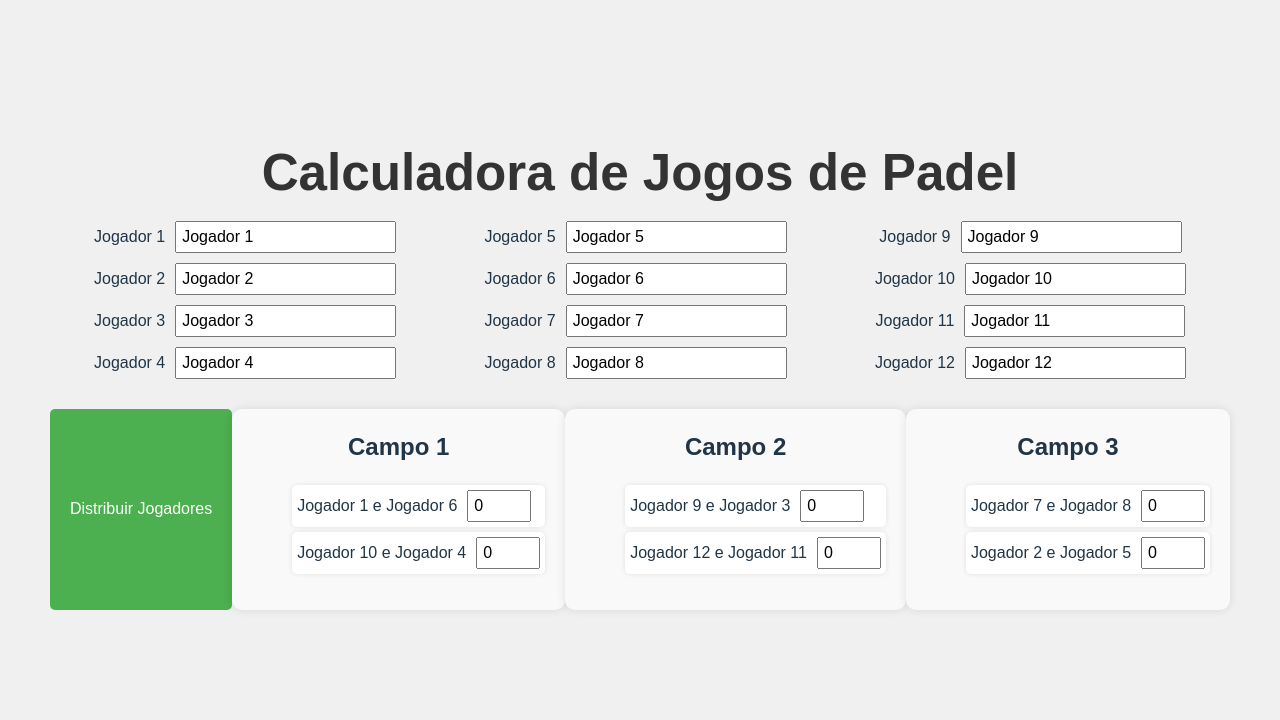
Repository: MarcioMiguel22/PadelMaster
Page: /calculadora, after clicking the first element matching `button.distribute-button`
These files come from the project's save history. The page is drawn as it stood at one moment and after the next save; the edit follows.
The browser window is 1280 px wide. The pictures show the whole page.
The project was rebuilt for these pictures with package versions that can differ from the ones it lists, and the page was loaded fresh each time. Also part of the build but not shown: vite.config.ts, src/pages/Home/Home.tsx.

Above is the page before, as saved 2024-06-13 12:40:46.

### src/main.tsx
///home/marciomiguel/code/MarcioMiguel22/Sites/PadelMaster/src/main.tsx
import { render } from 'react-dom';
import { StrictMode } from 'react';
import App from './App';
import './index.css';

const root = document.getElementById('root')!;
render(
  <StrictMode>
    <App />
  </StrictMode>,
  root
);

### src/App.tsx

///home/marciomiguel/code/MarcioMiguel22/Sites/PadelMaster/src/App.tsx

import { BrowserRouter as Router, Routes, Route } from 'react-router-dom';
import Home from './pages/Home/Home';
import Calculadora from './pages/Services/Calculadora';




function App() {
  return (
    <Router>
      <Routes>
        <Route path="/" element={<Home />} />
        <Route path="/calculadora" element={<Calculadora />} /> // Wrap Calculadora component with curly braces
      </Routes>
    </Router>
  );
}

export default App

### src/pages/Services/Calculadora.tsx
import React, { useState } from 'react';
import './Calculadora.css';

type Jogador = {
  id: number;
  nome: string;
};

type Time = {
  jogadores: Jogador[];
  resultado: number;
};

type Campo = {
  id: number;
  times: Time[];
};

const jogadoresIniciais: Jogador[] = Array.from({ length: 12 }, (_, i) => ({
  id: i + 1,
  nome: `Jogador ${i + 1}`,
}));

const embaralharArray = <T,>(array: T[]): T[] => {
  const copiaArray = [...array];
  for (let i = copiaArray.length - 1; i > 0; i--) {
    const j = Math.floor(Math.random() * (i + 1));
    [copiaArray[i], copiaArray[j]] = [copiaArray[j], copiaArray[i]];
  }
  return copiaArray;
};

const criarTimes = (jogadores: Jogador[]): Time[] => {
  const jogadoresEmbaralhados = embaralharArray(jogadores);
  const times: Time[] = [];
  for (let i = 0; i < jogadoresEmbaralhados.length; i += 2) {
    times.push({ jogadores: jogadoresEmbaralhados.slice(i, i + 2), resultado: 0 });
  }
  return times;
};

const CalculadoraApp: React.FC = () => {
  const [jogadores, setJogadores] = useState<Jogador[]>(jogadoresIniciais);
  const [campos, setCampos] = useState<Campo[]>([
    { id: 1, times: [] },
    { id: 2, times: [] },
    { id: 3, times: [] },
  ]);
  const [jogoDois, setJogoDois] = useState<boolean>(false);

  const handleNomeChange = (id: number, novoNome: string) => {
    setJogadores(jogadores.map(jogador =>
      jogador.id === id ? { ...jogador, nome: novoNome } : jogador
    ));
  };

  const handleResultadoChange = (campoId: number, timeIndex: number, novoResultado: number) => {
    setCampos(campos.map(campo =>
      campo.id === campoId
        ? {
            ...campo,
            times: campo.times.map((time, index) =>
              index === timeIndex ? { ...time, resultado: novoResultado } : time
            ),
          }
        : campo
    ));
  };

  const distribuirJogadores = () => {
    const times = criarTimes(jogadores);
    const novosCampos: Campo[] = campos.map((campo, index) => ({
      ...campo,
      times: times.slice(index * 2, index * 2 + 2),
    }));
    setCampos(novosCampos);
  };

  const iniciarJogoDois = () => {
    setJogoDois(true);

    // Movimentação dos jogadores baseada nos resultados dos jogos anteriores
    const novosCampos: Campo[] = [
      { id: 1, times: [] },
      { id: 2, times: [] },
      { id: 3, times: [] },
    ];

    campos.forEach(campo => {
      if (campo.times.length === 2) {
        const [time1, time2] = campo.times;
        const vencedores = time1.resultado > time2.resultado ? time1.jogadores : time2.jogadores;
        const perdedores = time1.resultado > time2.resultado ? time2.jogadores : time1.jogadores;

        if (campo.id === 1) {
          novosCampos[0].times.push({ jogadores: vencedores, resultado: 0 });
          novosCampos[0].times.push({ jogadores: perdedores, resultado: 0 });
        } else if (campo.id === 2) {
          novosCampos[0].times.push({ jogadores: vencedores, resultado: 0 });
          novosCampos[1].times.push({ jogadores: perdedores, resultado: 0 });
        } else if (campo.id === 3) {
          novosCampos[1].times.push({ jogadores: vencedores, resultado: 0 });
          novosCampos[2].times.push({ jogadores: perdedores, resultado: 0 });
        }
      }
    });

    setCampos(novosCampos);
  };

  const getTeamClass = (campo: Campo, timeIndex: number): string => {
    if (campo.times.length < 2) return '';
    const resultadoAtual = campo.times[timeIndex].resultado;
    const resultadoOponente = campo.times[1 - timeIndex]?.resultado;
    if (resultadoAtual > resultadoOponente) return 'team vencedor';
    if (resultadoAtual < resultadoOponente) return 'team perdedor';
    return 'team';
  };

  return (
    <div className="calculadora-container">
      <h1>Calculadora de Jogos de Padel</h1>
      <div className="main-content">
        <div className="jogadores-lista">
          <div className="jogadores-coluna">
            {jogadores.slice(0, 4).map(jogador => (
              <div key={jogador.id} className="jogador-item">
                <label>{`Jogador ${jogador.id}`}</label>
                <input
                  type="text"
                  value={jogador.nome}
                  onChange={(e) => handleNomeChange(jogador.id, e.target.value)}
                />
              </div>
            ))}
          </div>
          <div className="jogadores-coluna">
            {jogadores.slice(4, 8).map(jogador => (
              <div key={jogador.id} className="jogador-item">
                <label>{`Jogador ${jogador.id}`}</label>
                <input
                  type="text"
                  value={jogador.nome}
                  onChange={(e) => handleNomeChange(jogador.id, e.target.value)}
                />
              </div>
            ))}
          </div>
          <div className="jogadores-coluna">
            {jogadores.slice(8, 12).map(jogador => (
              <div key={jogador.id} className="jogador-item">
                <label>{`Jogador ${jogador.id}`}</label>
                <input
                  type="text"
                  value={jogador.nome}
                  onChange={(e) => handleNomeChange(jogador.id, e.target.value)}
                />
              </div>
            ))}
          </div>
        </div>
        <div className="fields-container">
          <button onClick={distribuirJogadores} className="distribute-button">Distribuir Jogadores</button>
          {jogoDois && (
            <button onClick={iniciarJogoDois} className="distribute-button">Jogo Dois</button>
          )}
          {campos.map(campo => (
            <div key={campo.id} className="field">
              <h2>Campo {campo.id}</h2>
              <ul>
                {campo.times.map((time, idx) => (
                  <li key={idx} className={getTeamClass(campo, idx)}>
                    <div>
                      {time.jogadores.map(jogador => jogador.nome).join(' e ')}
                      <input
                        type="number"
                        value={time.resultado}
                        onChange={(e) => handleResultadoChange(campo.id, idx, parseInt(e.target.value))}
                        className="resultado-input"
                      />
                    </div>
                  </li>
                ))}
              </ul>
            </div>
          ))}
        </div>
      </div>
    </div>
  );
};

export default CalculadoraApp;

### src/pages/Home/PadelPage.css
body {
  font-family: Arial, sans-serif;
  background-color: #f0f0f0;
  margin: 0;
  display: flex;
  justify-content: center;
  align-items: center;
  height: 100vh;
}

.padel-container {
  text-align: center;
  background-color: white;
  padding: 20px;
  border-radius: 10px;
  box-shadow: 0 0 10px rgba(0, 0, 0, 0.1);
}

h1 {
  color: #333;
  margin-bottom: 20px;
}

.padel-image {
  max-width: 50%;
  height: auto;
  border-radius: 10px;
  margin-bottom: 20px;
}

.enter-button {
  background-image: url('tennis-ball.png'); /* Ensure the path is correct */
  background-size: cover;
  background-position: center;
  background-repeat: no-repeat;
  width: 60px;
  height: 60px;
  border: none;
  border-radius: 50%;
  cursor: pointer;
  padding: 0;
}

.enter-button:hover {
  transform: scale(1.1);
}

### src/pages/Services/Calculadora.css
.calculadora-container {
  padding: 20px;
  text-align: center;
}

.jogadores-lista {
  display: flex;
  justify-content: space-around;
  margin-bottom: 20px;
}

.jogadores-coluna {
  display: flex;
  flex-direction: column;
  align-items: center;
}

.jogador-item {
  display: flex;
  align-items: center;
  margin-bottom: 10px;
}

.jogador-item label {
  margin-right: 10px;
}

.jogador-item input {
  padding: 5px;
  font-size: 16px;
}

.distribute-button {
  background-color: #4CAF50;
  color: white;
  padding: 10px 20px;
  border: none;
  border-radius: 5px;
  cursor: pointer;
  font-size: 16px;
}

.distribute-button:hover {
  background-color: #45a049;
}

.fields-container {
  display: flex;
  justify-content: space-around;
  margin-top: 20px;
}

.field {
  background-color: #f9f9f9;
  padding: 20px;
  border-radius: 10px;
  box-shadow: 0 0 10px rgba(0, 0, 0, 0.1);
}

.field h2 {
  margin-top: 0;
}

.team {
  list-style-type: none;
  padding: 5px;
  background-color: #fff;
  margin: 5px 0;
  border-radius: 5px;
  box-shadow: 0 0 5px rgba(0, 0, 0, 0.1);
}

.team.vencedor {
  background-color: #d4edda; /* Verde claro */
}

.team.perdedor {
  background-color: #f8d7da; /* Vermelho claro */
}

.team div {
  display: flex;
  align-items: center;
}

.team input.resultado-input {
  margin-left: 10px;
  width: 50px;
  padding: 5px;
  font-size: 16px;
}

Loaded but not shown: index.html (common file); src/index.css (common file)

After the next save:
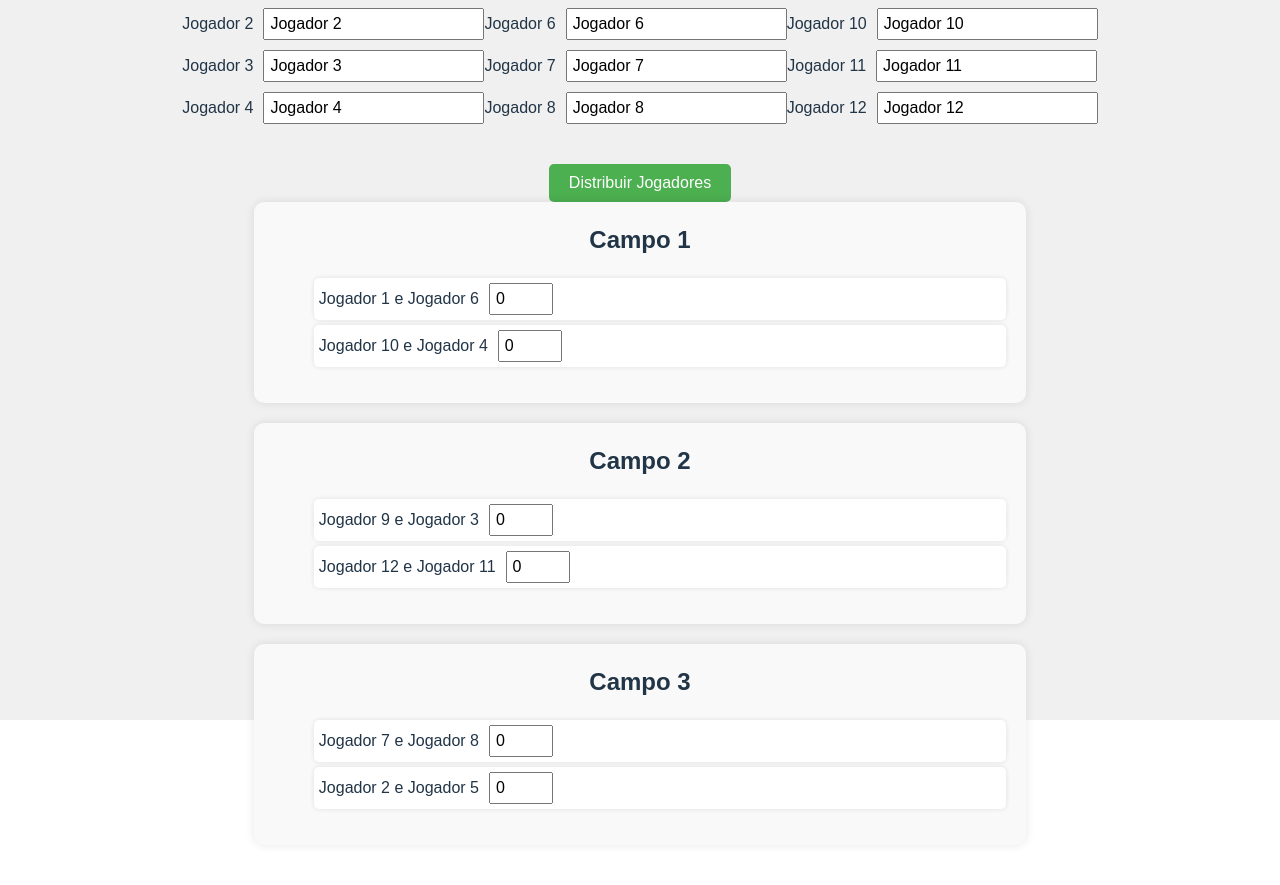
Saved 48 s later.
--- a/src/pages/Services/Calculadora.css
+++ b/src/pages/Services/Calculadora.css
@@ -38,6 +38,7 @@
   border-radius: 5px;
   cursor: pointer;
   font-size: 16px;
+  margin-top: 10px;
 }
 
 .distribute-button:hover {
@@ -46,7 +47,8 @@
 
 .fields-container {
   display: flex;
-  justify-content: space-around;
+  flex-direction: column;
+  align-items: center;
   margin-top: 20px;
 }
 
@@ -55,6 +57,8 @@
   padding: 20px;
   border-radius: 10px;
   box-shadow: 0 0 10px rgba(0, 0, 0, 0.1);
+  margin-bottom: 20px;
+  width: 80%;
 }
 
 .field h2 {

After the save that followed:
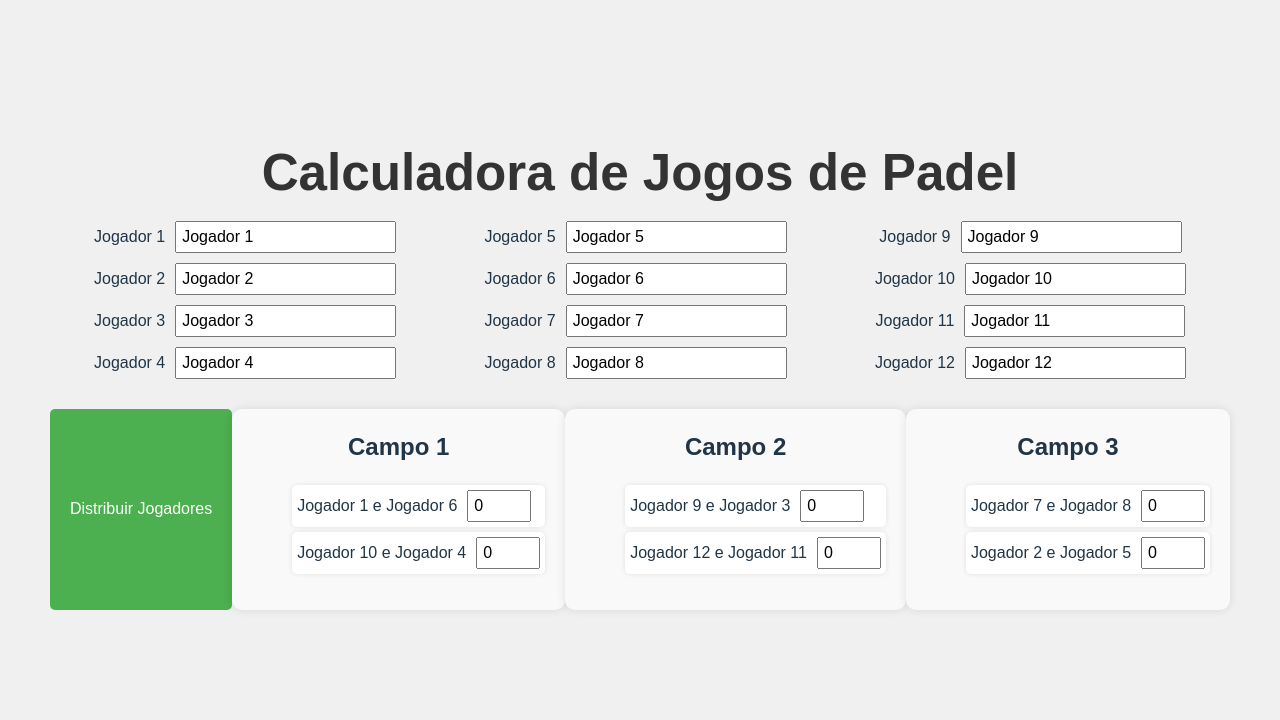
Saved 32 s later.
--- a/src/pages/Services/Calculadora.css
+++ b/src/pages/Services/Calculadora.css
@@ -38,7 +38,6 @@
   border-radius: 5px;
   cursor: pointer;
   font-size: 16px;
-  margin-top: 10px;
 }
 
 .distribute-button:hover {
@@ -47,8 +46,7 @@
 
 .fields-container {
   display: flex;
-  flex-direction: column;
-  align-items: center;
+  justify-content: space-around;
   margin-top: 20px;
 }
 
@@ -57,8 +55,6 @@
   padding: 20px;
   border-radius: 10px;
   box-shadow: 0 0 10px rgba(0, 0, 0, 0.1);
-  margin-bottom: 20px;
-  width: 80%;
 }
 
 .field h2 {
